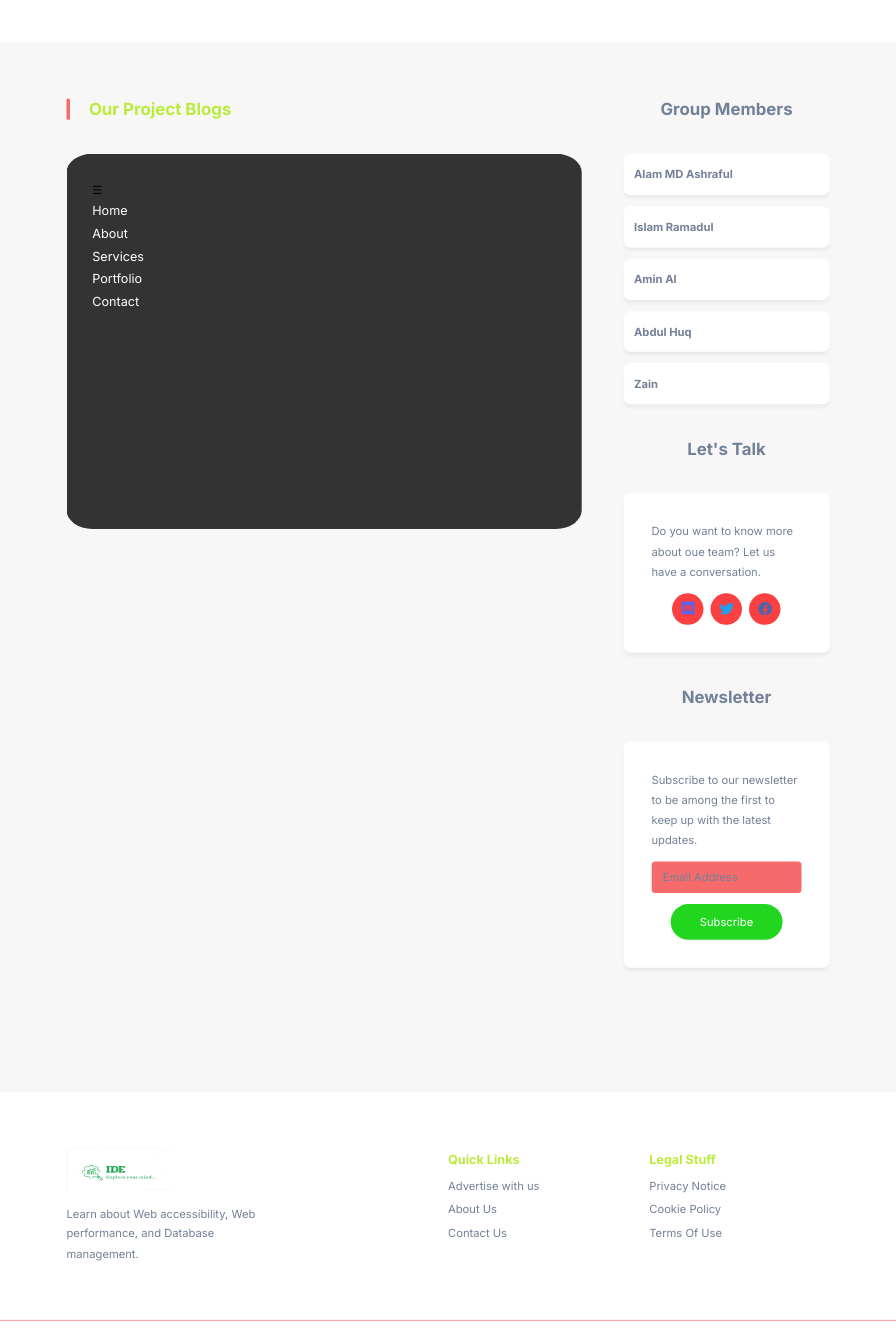
Repository: ramizraaz/zjuTeam
Page: main.html
An editor plug-in stored every save of this project. The page is shown before and after the next save, followed by the edit.
The browser window is 1280 px wide. The pictures show the part of the page from y = 492 to 2392 px (the page is 2435 px tall), at 70% of full size.
A picture or video elsewhere on the page could not be fetched, so the positions and the page height are approximate.

Above is the page before, as saved 2023-10-22 22:02:25.

After the next save:
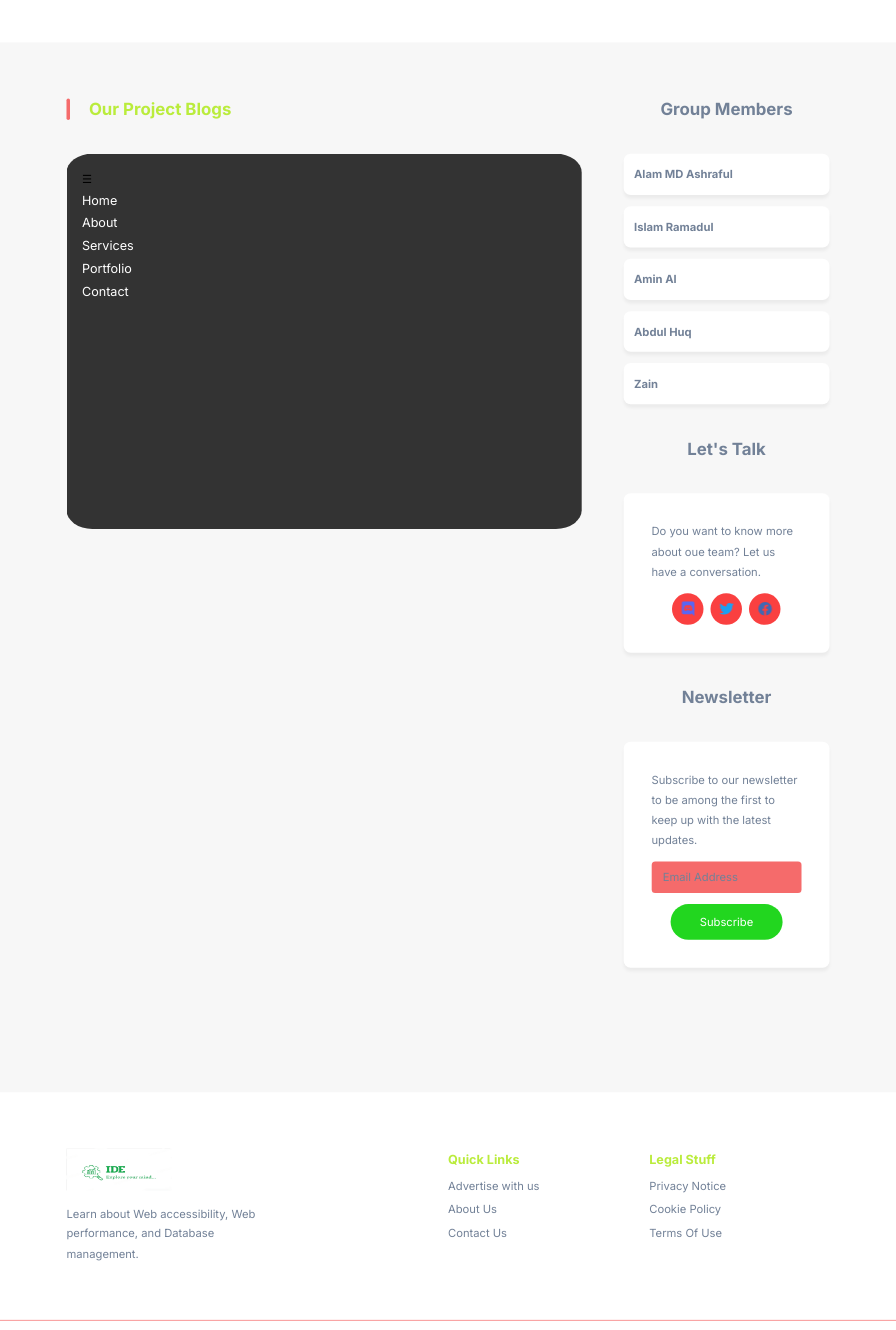
Saved 7 s later.
--- a/main.css
+++ b/main.css
@@ -374,7 +374,7 @@ header .btn-group {
     height: 40%;
     width: 100%;
     border-radius: 5%;
-    padding: 5%;
+    padding: 3%;
     position: sticky;
     top: 0;
     background-color: #333;
